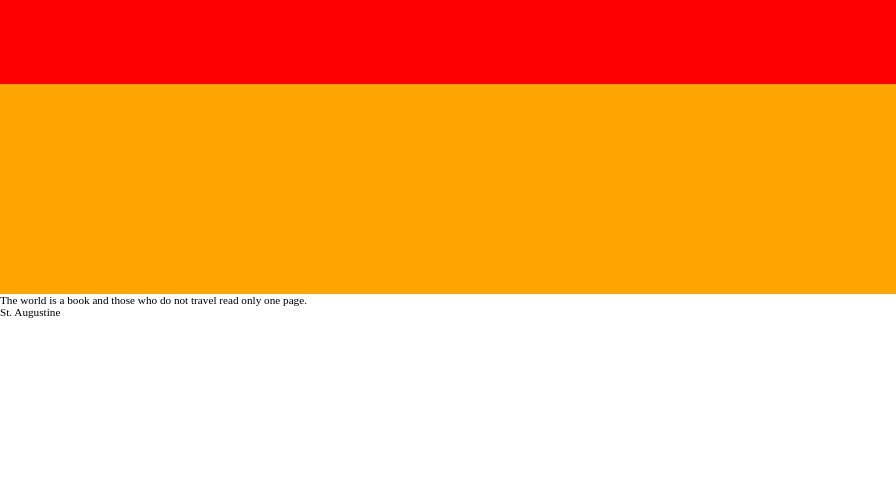
Repository: takedakazushi/git-practice
Page: sample/sample.html
The author's editor kept a record of every edit. The page is drawn from the files as they stood at one moment, then again after the next edit.
The browser window is 1280 px wide. The pictures show the whole page, at 70% of full size.

Above is the page before.

### sample/sample.html
<!DOCTYPE HTML>
<html lang="ja">
  <head>
    <meta charset="UTF-8" />
    <title>初めてのHTML</title>
    <!---->
    <link rel="stylesheet" href="stle.css" />

    <!---->
    </head>
    <body>
    <div class="header"></div>
        <div class="header-top"></div>
      <div class="header-bottom"></div>
    <div class="main-visual"></div>
      <div class="main-visual-content">
          <p class="main-visual-text">
          The world is a book and those who do not travel read only one page.
        </p>
        <p class="main-visual-name">
          St. Augustine
        </p>
      </div>
    <div class="main">
      <div class="blog"></div>
      <div class="sidebar"></div>
    </div>
      <div class="footer"></div>
    </body>
</html>

### sample/stle.css
* {
  margin: 0;
  padding: 0;
  box-sizing: border-box
}
.header {
  width: 100%;
  height: 120px;
  background-color: red;
}
.main-visual {
  width: 100%;
  height: 300px;
  background-color: orange; }

After the next edit:
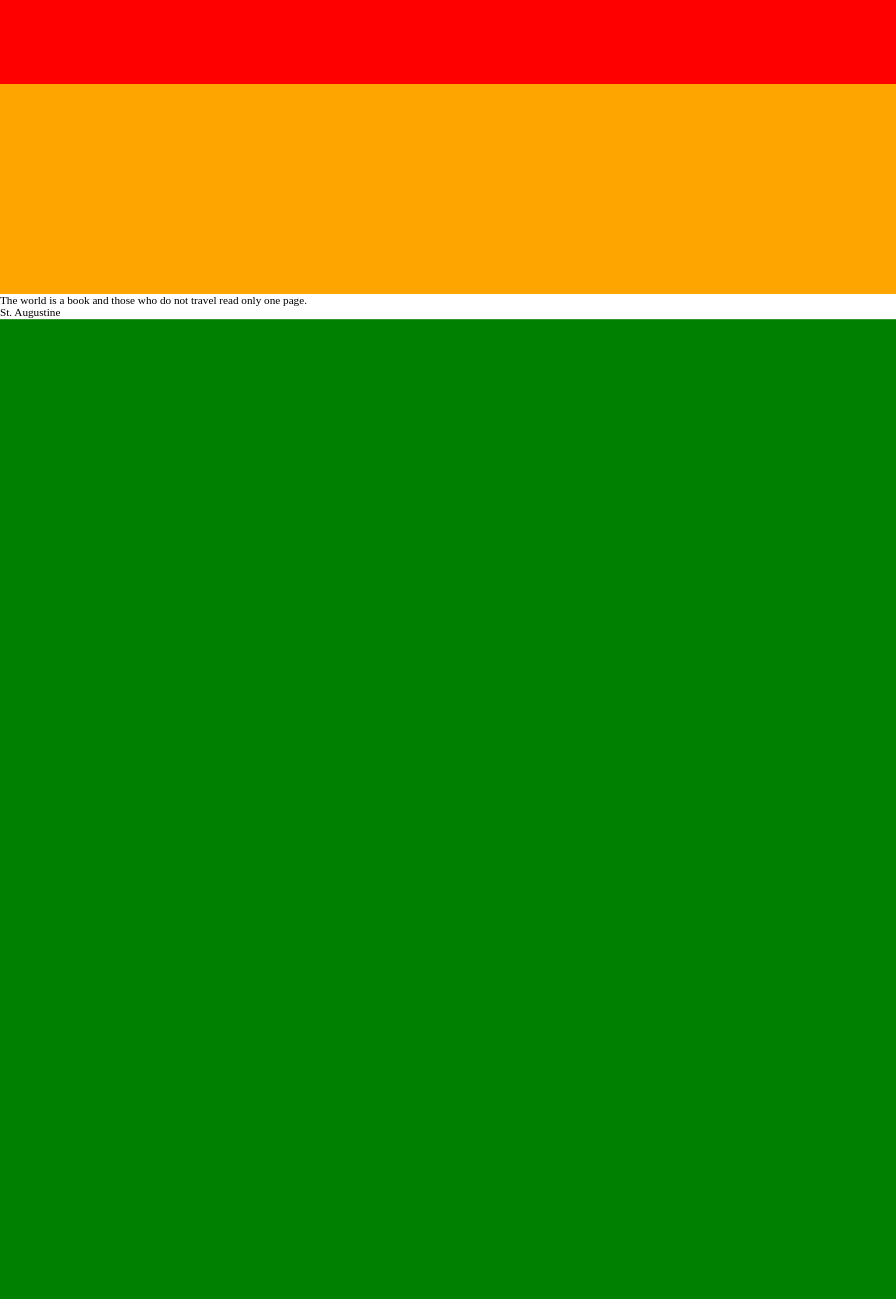
The edit:
--- a/sample/stle.css
+++ b/sample/stle.css
@@ -12,3 +12,7 @@
   width: 100%;
   height: 300px;
   background-color: orange; }
+  .main {
+  width: 100%;
+  height: 1400px;
+  background-color: green;
